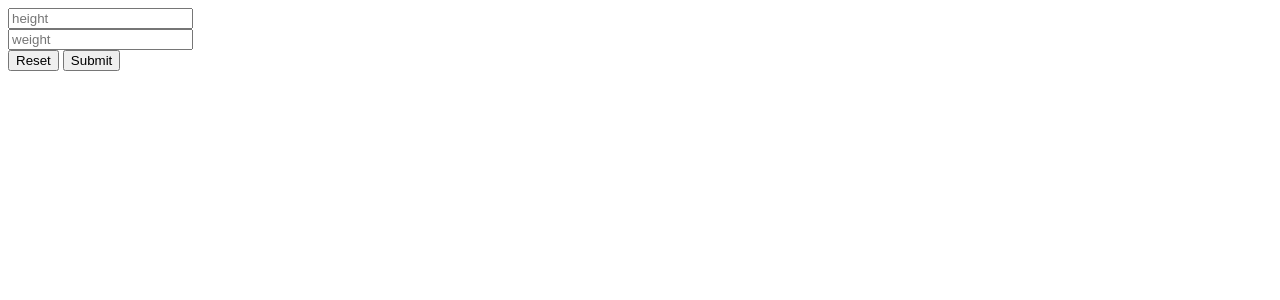
Repository: markahn02050/jsp_practice
Page: http://localhost/JSPBasic/jspObject/1.requests/req_bmi.jsp
The author's editor kept a copy of each file at every save. The page is drawn from the files as they stood at one save, then again after the next save.
The browser window is 1280 px wide. The pictures show the whole page.
The page is served by Tomcat 9.

Above is the page before, as saved 2022-02-04 00:56:10.

### JSPBasic/src/main/webapp/jspObject/1.requests/req_bmi.jsp
<%@ page language="java" contentType="text/html; charset=UTF-8"
    pageEncoding="UTF-8"%>
<!DOCTYPE html>
<html>
<head>
<meta charset="UTF-8">
<title>Insert title here</title>
</head>
<body>
<%--
	사용자의 키(height)와 체중(weight)를 입력받아 BMI지수를 계산해 출력하는
	form 및 출력페이지를 만들어보겠습니다.

	1. 사용자의 입력값을 서버로 전송할 떄는 form태그를 사용합니다.
	2. form의 action= 속성을 이용해 전달할 페이지 및 URL을 지정할 수 있습니다.
	3. input 태그에 name 속성으로 요청 자료를 부를 명칭을 정할 수 있습니다.
	4. submit 버튼을 사용하면 action=에 지정한 페이지로 자료가 전송됩니다.
	req_bmi.jsp ==> req_bmi_result.jsp로 전송되게 해주세요.
 --%>
 <form action="req_bmi_result.jsp" method="get">
		<input type="text" name="height" placeholder="height" /><br/>
		<input type="text" name="weight" placeholder="weight" /><br/>

		<input type="reset" />
		<input type="submit" />
</form>

</body>
</html>

After the next save:
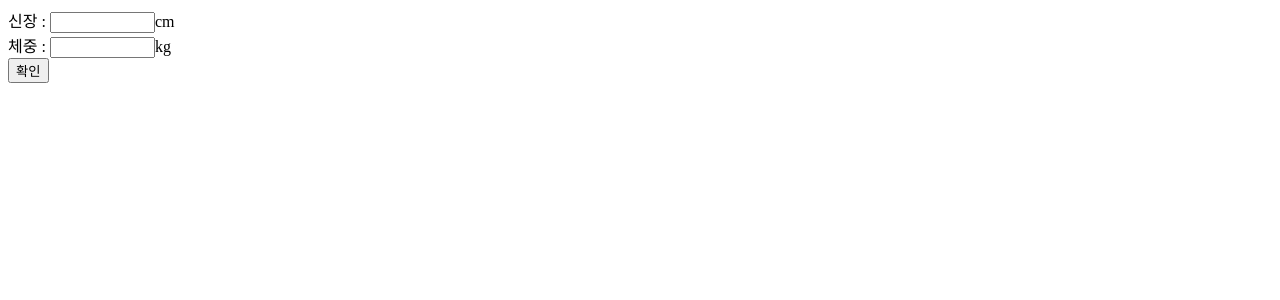
Saved 114 s later.
--- a/JSPBasic/src/main/webapp/jspObject/1.requests/req_bmi.jsp
+++ b/JSPBasic/src/main/webapp/jspObject/1.requests/req_bmi.jsp
@@ -11,19 +11,16 @@
 	사용자의 키(height)와 체중(weight)를 입력받아 BMI지수를 계산해 출력하는
 	form 및 출력페이지를 만들어보겠습니다.
 
-	1. 사용자의 입력값을 서버로 전송할 떄는 form태그를 사용합니다.
+	1. 사용자의 입력값을 서버로 전송할 때는 form 태그를 사용합니다.
 	2. form의 action= 속성을 이용해 전달할 페이지 및 URL을 지정할 수 있습니다.
 	3. input 태그에 name 속성으로 요청 자료를 부를 명칭을 정할 수 있습니다.
-	4. submit 버튼을 사용하면 action=에 지정한 페이지로 자료가 전송됩니다.
-	req_bmi.jsp ==> req_bmi_result.jsp로 전송되게 해주세요.
+	4. submit 버튼을 사용하면 action= 에 지정한 페이지로 자료가 전송됩니다.
+	req_bmi.jsp ==> req_bmi_result.jsp 로 전송되게 해 주세요.
  --%>
- <form action="req_bmi_result.jsp" method="get">
-		<input type="text" name="height" placeholder="height" /><br/>
-		<input type="text" name="weight" placeholder="weight" /><br/>
-
-		<input type="reset" />
-		<input type="submit" />
-</form>
-
+	<form action="req_bmi_result.jsp" method="post">
+		신장 : <input type="text" name="height" size="10px" />cm<br/>
+		체중 : <input type="text" name="weight" size="10px" />kg<br/>
+		<input type="submit" value="확인"/>
+	</form>
 </body>
 </html>
